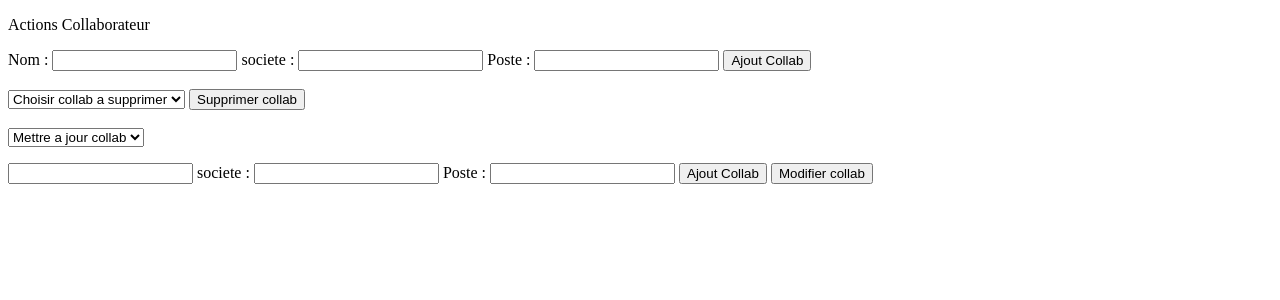
Repository: Shakibaei-2020/CRA_JEE_FINAL
Page: http://localhost/jee_crainfocom/WEB-INF/accueil.jsp
These files come from the project's save history. The page is drawn as it stood at one moment and after the next save; the edit follows.
The browser window is 1280 px wide. The pictures show the whole page.
The page is served by Tomcat 9. Nobody is signed in. Other server files are loaded and not shown. The template is opened directly, without the code that normally fills it, so the values that code supplies are empty.

Above is the page before, as saved 2021-03-25 14:14:06.

### CRA_JEE_FINAL/CRA_JEE_FINAL/jee_crainfocom/src/main/webapp/WEB-INF/accueil.jsp
<%@ page pageEncoding="UTF-8" %>
<%@ taglib uri="http://java.sun.com/jsp/jstl/core" prefix="c" %>
<!DOCTYPE html>
<html>
<head>
<meta charset="ISO-8859-1">
<title>Insert title here</title>
</head>
<body>
<p>Actions Collaborateur</p>





 <form method="post" action="accueil">
            <label for="nomColl">Nom : </label>
            <input type="text" name="nomColl" id="nomColl" />

            <label for="societeColl">societe : </label>
            <input type="text" name="societeColl" id="societeColl" />

            <label for="posteColl">Poste : </label>
            <input type="text" name="posteColl" id="posteColl" />

            <input type="submit" value="Ajout Collab" />
        </form>

        <br>
<form method="post" action="">
	<select name="pets" id="pet-select">
    	<option value="">Choisir collab a supprimer</option>
    	<option value="dog">Collab</option>
	</select>
<input type="submit" value="Supprimer collab" />
</form>

 <br>

 <form method="post" action="">
	<select name="pets" id="pet-select">
    	<option value="">Mettre a jour collab</option>
    	<option value="dog">Collab</option>
	</select>
	<p></p>
	   <input type="text" name="nomColl" id="nomColl" />

            <label for="societeColl">societe : </label>
            <input type="text" name="societeColl" id="societeColl" />

            <label for="posteColl">Poste : </label>
            <input type="text" name="posteColl" id="posteColl" />

            <input type="submit" value="Ajout Collab" />

<input type="submit" value="Modifier collab" />
</form>





  <c:if test="${ !empty nomColl }"><p><c:out value="Bonjour, vous vous appelez ${ nomColl } vous etes ${ posteColl }  chez ${ societeColl } " /></p></c:if>
<c:out value=" ${ insert} "/>


</body>
</html>

After the next save:
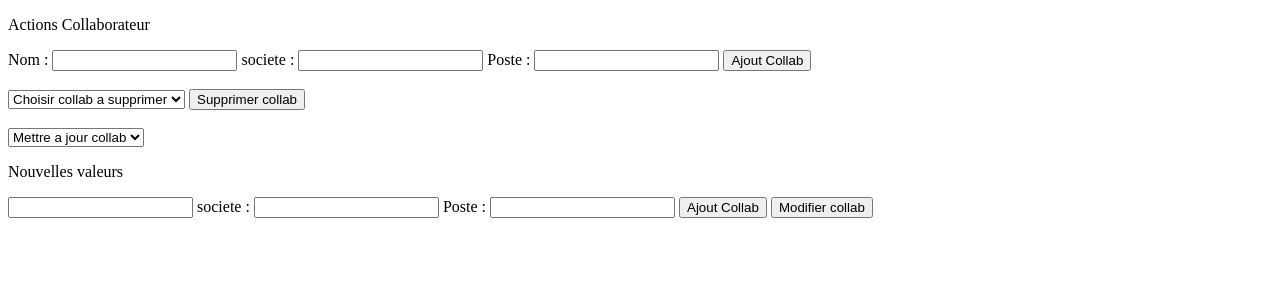
Saved 6 s later.
--- a/CRA_JEE_FINAL/CRA_JEE_FINAL/jee_crainfocom/src/main/webapp/WEB-INF/accueil.jsp
+++ b/CRA_JEE_FINAL/CRA_JEE_FINAL/jee_crainfocom/src/main/webapp/WEB-INF/accueil.jsp
@@ -42,7 +42,7 @@
     	<option value="">Mettre a jour collab</option>
     	<option value="dog">Collab</option>
 	</select>
-	<p></p>
+	<p>Nouvelles valeurs</p>
 	   <input type="text" name="nomColl" id="nomColl" />
 
             <label for="societeColl">societe : </label>
